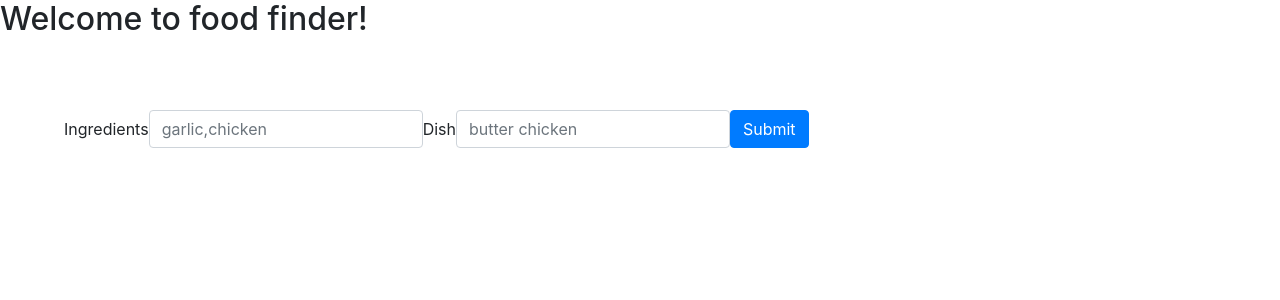
Repository: ratanparmar/receipesearch
Page: /
An editor plug-in stored every save of this project. The page is shown before and after the next save, followed by the edit.
The browser window is 1280 px wide. The pictures show the whole page.
The project was rebuilt for these pictures with package versions that can differ from the ones it lists, and the page was loaded fresh each time.

Above is the page before, as saved 2019-12-10 16:23:50.

After the next save:
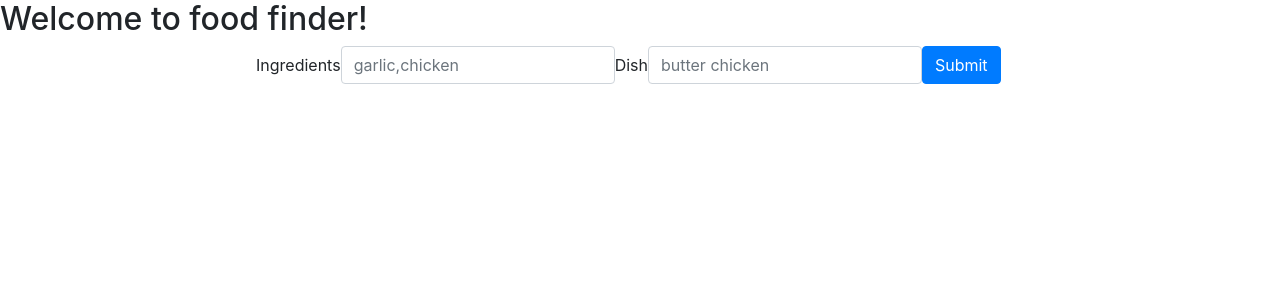
Saved 41 s later.
--- a/src/style/index.css
+++ b/src/style/index.css
@@ -1,5 +1,5 @@
 
 .App{
     text-align: center;
-    padding: 5%;
+    padding-left: 20%;
 }
